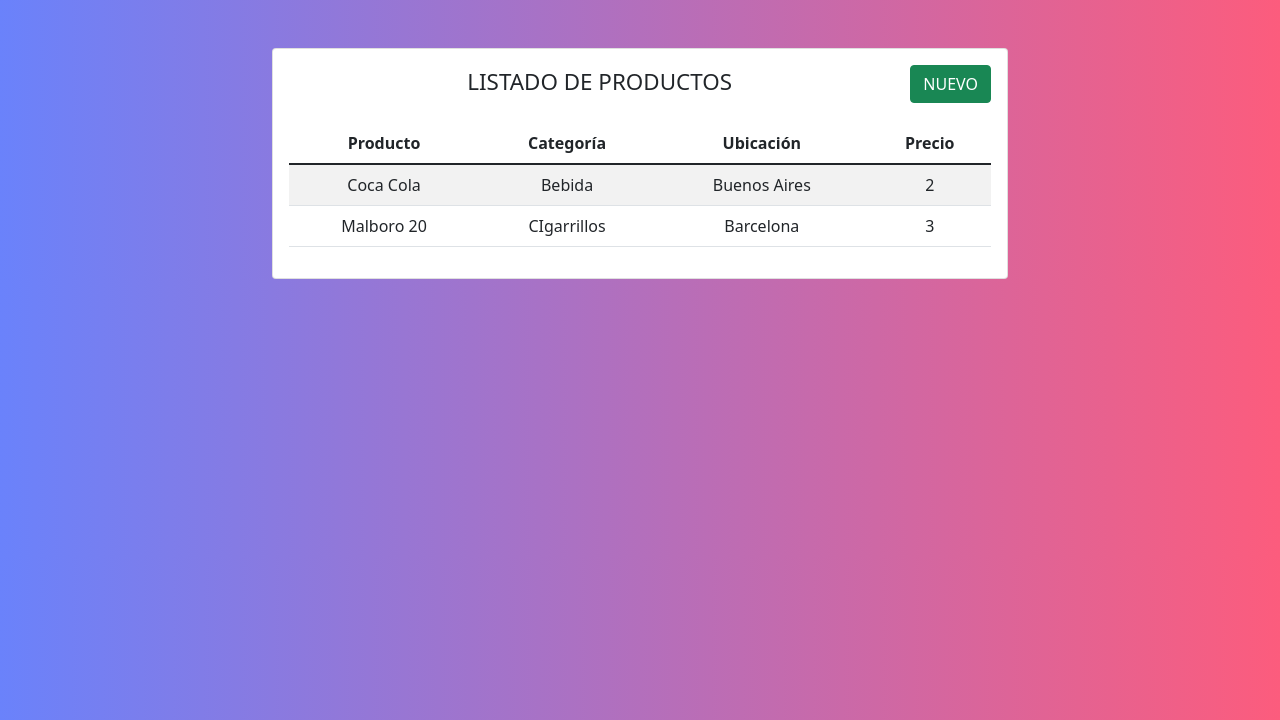
Repository: vivianaleivagalvez/crud_angular
Page: /
An editor plug-in stored every save of this project. The page is shown before and after the next save, followed by the edit.
The browser window is 1280 px wide. The pictures show the whole page.
The project was rebuilt for these pictures with package versions that can differ from the ones it lists, and the page was loaded fresh each time. Also part of the build but not shown: angular.json.

Above is the page before, as saved 2022-01-27 00:12:17.

After the next save:
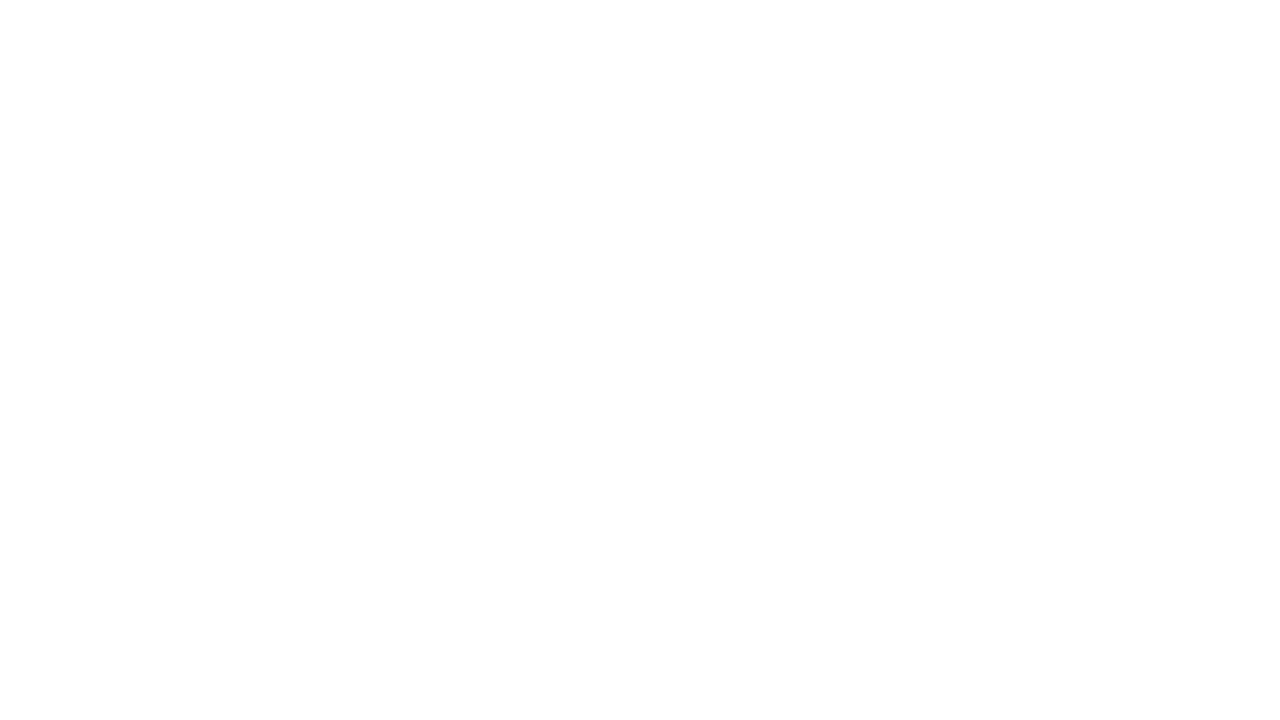
Saved 2 min 10 s later.
--- a/src/app/components/listar-productos/listar-productos.component.html
+++ b/src/app/components/listar-productos/listar-productos.component.html
@@ -12,6 +12,7 @@
                 <th scope="col">Categoría</th>
                 <th scope="col">Ubicación</th>
                 <th scope="col">Precio</th>
+                <th scope="col"></th>
               </tr>
             </thead>
             <tbody>
@@ -20,12 +21,14 @@
                 <td>Bebida</td>
                 <td>Buenos Aires</td>
                 <td>2</td>
+                <td>class="fas fa-trash"</i></td>
               </tr>
               <tr>
                 <td>Malboro 20</td>
                 <td>CIgarrillos</td>
                 <td>Barcelona</td>
                 <td>3</td>
+                <td>class="fas fa-trash"</i></td>
               </tr>
               <tr>
             </tbody>

After the 5 saves that followed:
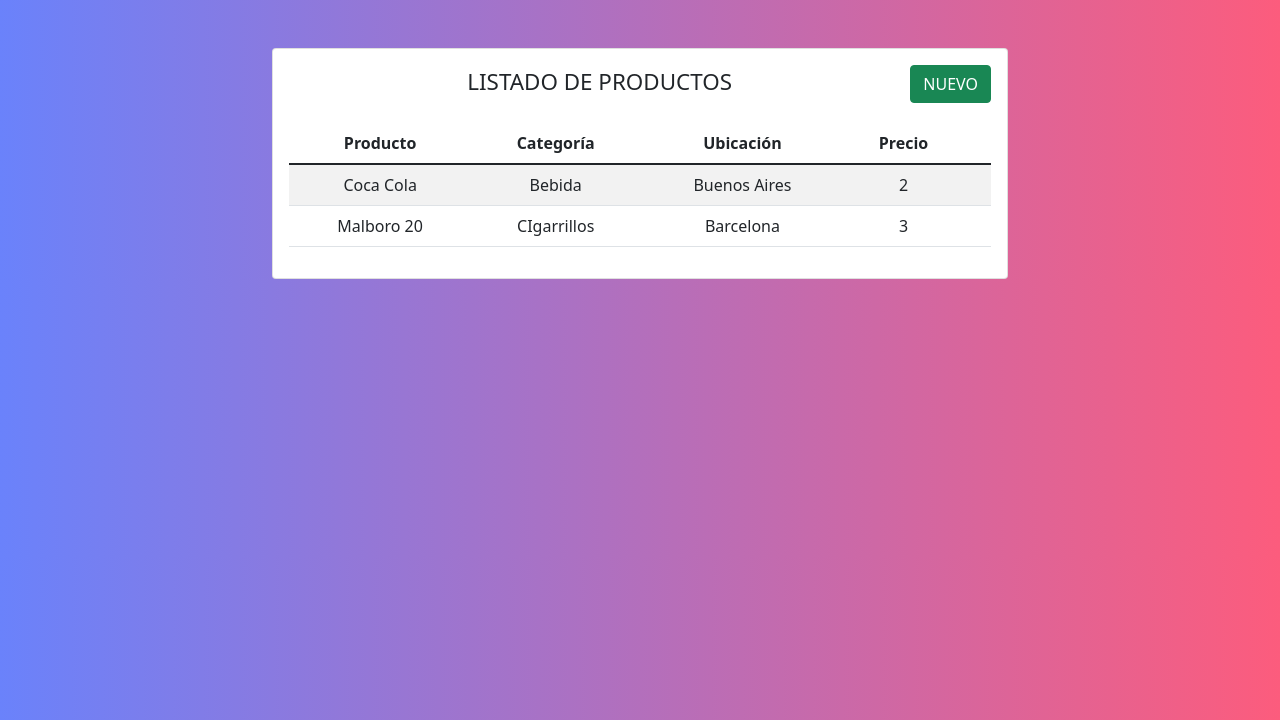
The 5 saves are shown as one change because 4 left the picture as it was.
The last was saved 89 s later.
--- a/src/app/components/listar-productos/listar-productos.component.html
+++ b/src/app/components/listar-productos/listar-productos.component.html
@@ -21,14 +21,14 @@
                 <td>Bebida</td>
                 <td>Buenos Aires</td>
                 <td>2</td>
-                <td>class="fas fa-trash"</i></td>
+                <td></td>
               </tr>
               <tr>
                 <td>Malboro 20</td>
                 <td>CIgarrillos</td>
                 <td>Barcelona</td>
                 <td>3</td>
-                <td>class="fas fa-trash"</i></td>
+                <td></td>
               </tr>
               <tr>
             </tbody>
